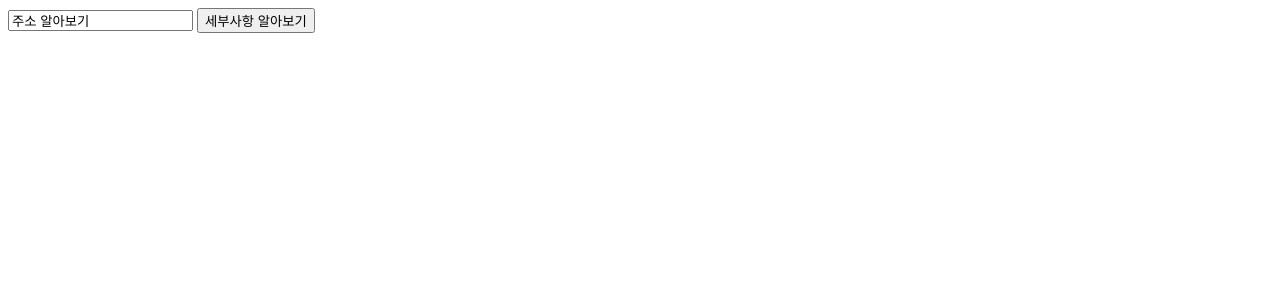
Repository: letzbegin/Study
Page: http://localhost/Javascript/BOM/Ex_02.jsp
These files come from the project's save history. The page is drawn as it stood at one moment and after the next save; the edit follows.
The browser window is 1280 px wide. The pictures show the whole page.
The page is served by Tomcat 9.

Above is the page before, as saved 2018-09-14 07:22:14.

### web_javascript/00_ex/Javascript/WebContent/BOM/Ex_02.jsp
<%@ page language="java" contentType="text/html; charset=UTF-8"
    pageEncoding="UTF-8"%>
<!DOCTYPE html PUBLIC "-//W3C//DTD HTML 4.01 Transitional//EN" "http://www.w3.org/TR/html4/loose.dtd">
<html>
<head>
<meta http-equiv="Content-Type" content="text/html; charset=UTF-8">
<title>Insert title here</title>
</head>
<body>

<!--웹 주소 알아내기  -->
<input type="text" onclick="alert(location.toString(), location.href);" value="주소 알아보기">


<!--
웹 주소
https://opentutorials.org/course/1375/6634?id=아이디#bookmark

https://			||프로토콜	||location.protocol
opentutorials.org	||호스트		||location.host
/course/1375/6634	||패스		||location.pathname
?id=아이디			||서치		||location.search
#bookmark			||해시		||location.hash
  -->
<input type="button" id="detail" value="세부사항 알아보기">


<script type="text/javascript">
var detail = document.getElementById('detail');
detail.addEventListener('click',function(){
alert(location.protocol, location.host, location.port, location.pathname, location.search, location.hash);

});

</script>
</body>
</html>

After the next save:
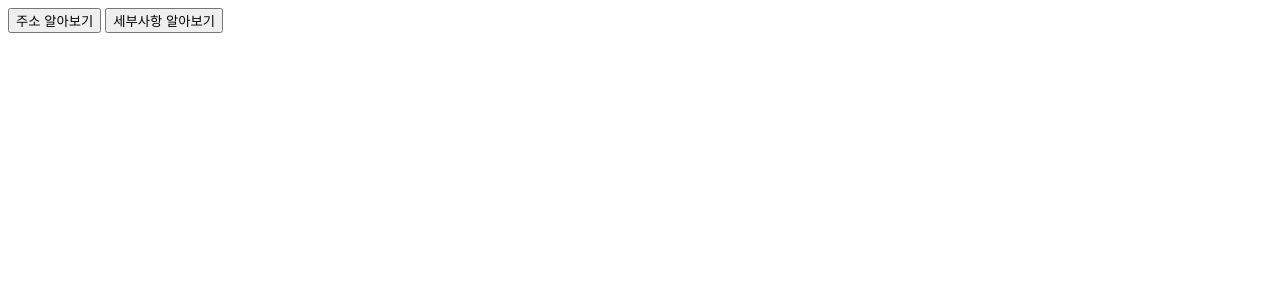
Saved 12 s later.
--- a/web_javascript/00_ex/Javascript/WebContent/BOM/Ex_02.jsp
+++ b/web_javascript/00_ex/Javascript/WebContent/BOM/Ex_02.jsp
@@ -9,7 +9,7 @@
 <body>
 
 <!--웹 주소 알아내기  -->
-<input type="text" onclick="alert(location.toString(), location.href);" value="주소 알아보기">
+<input type="button" onclick="alert(location.toString(), location.href);" value="주소 알아보기">
 
 
 <!--
